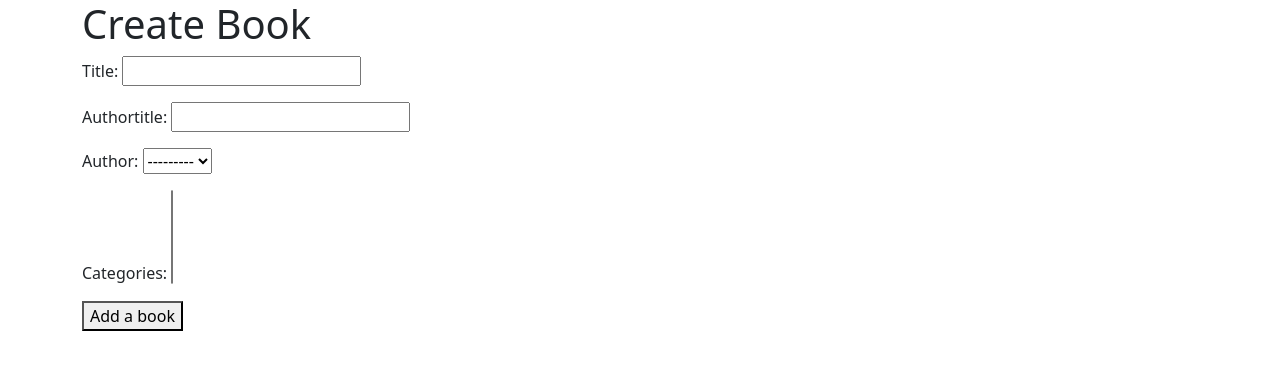
Repository: RaghdaMadiane/django
Page: http://localhost/books/create
An editor plug-in stored every save of this project. The page is shown before and after the next save, followed by the edit.
The browser window is 1280 px wide. The pictures show the whole page.
The page is served by the project's application, run on Django 3.2 (manage.py). Queries for data that is not in the repository find no rows.

Above is the page before, as saved 2021-04-22 14:07:27.

After the next save:
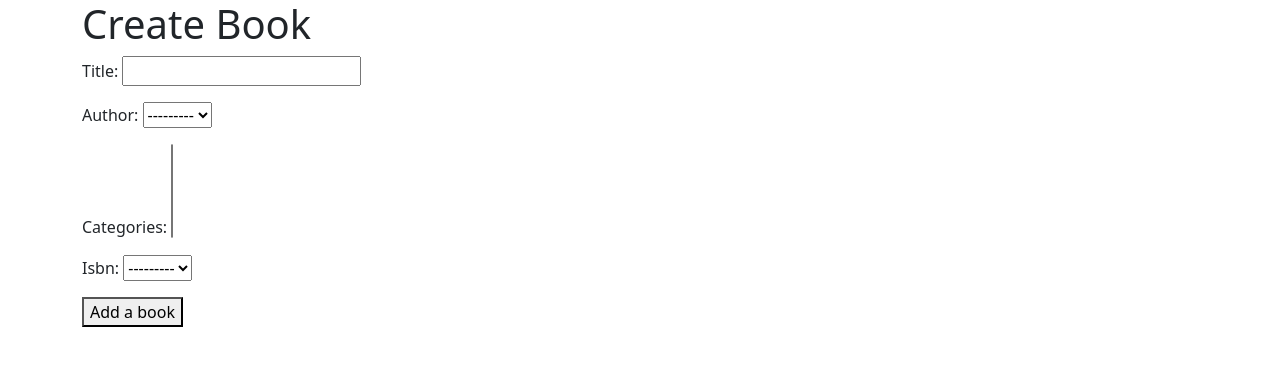
Saved 55 s later.
--- a/books/models.py
+++ b/books/models.py
@@ -20,10 +20,10 @@ class Isbn(models.Model):
 
 class Book(models.Model):
     title=models.CharField( max_length=250)
-    authortitle=models.CharField(max_length=100)
+    author=models.CharField(max_length=100)
     author=models.ForeignKey(User,null=True,on_delete=models.CASCADE,related_name="Book")
     categories=models.ManyToManyField(Category)
-    # metrics=models.OneToOneField(Metric,on_delete=models.CASCADE,null=True,blank=True)
+    isbn=models.OneToOneField(Isbn,on_delete=models.CASCADE,null=True,blank=True)
     # tag=models.ForeignKey(Tag,null=True,blank=True,on_delete=models.CASCADE)
 
     def __str__(self):
